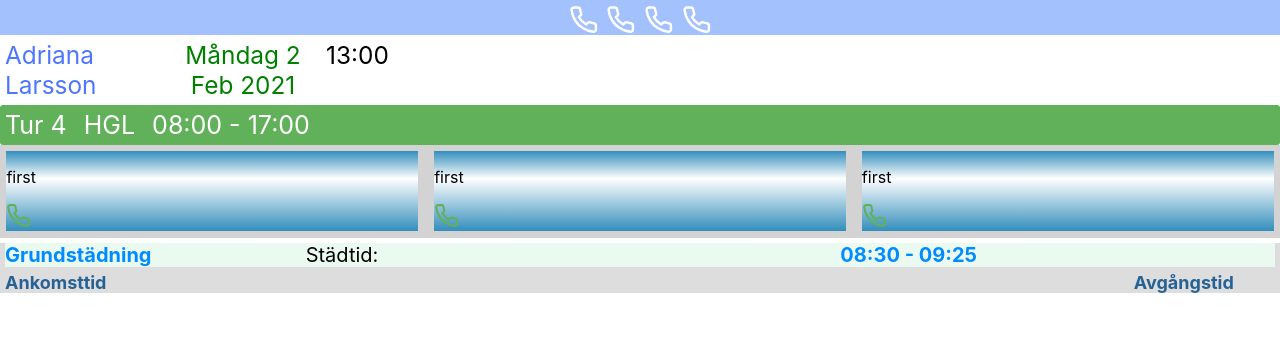
Repository: AdrianaLarsson/learning-react-adriana
Page: /
These files come from the project's save history. The page is drawn as it stood at one moment and after a run of saves; the edit follows.
The browser window is 1280 px wide. The pictures show the whole page.
The project was rebuilt for these pictures with package versions that can differ from the ones it lists, and the page was loaded fresh each time. Also part of the build but not shown: src/components/pixiLearn/pixi-learning.js, src/components/pixiLearn/reactTimline/timelinegant.js.

Above is the page before, as saved 2021-02-18 09:18:47.

After the next 4 saves:
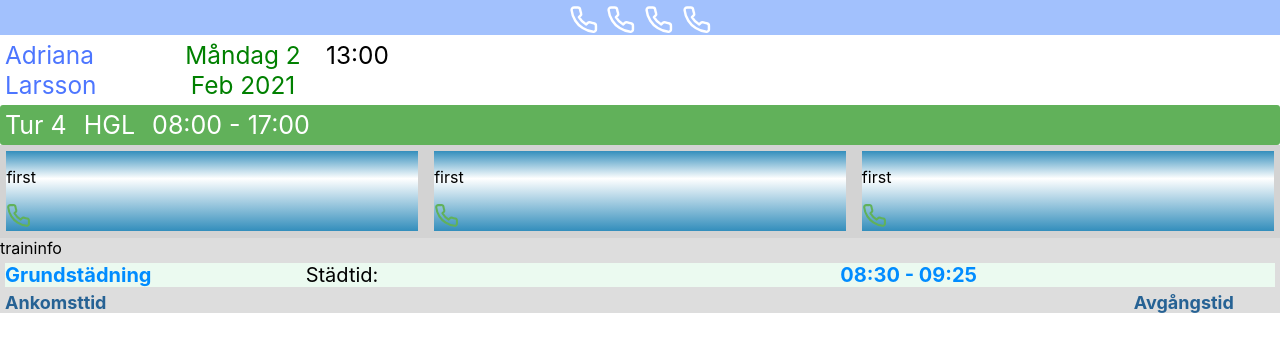
The 4 saves are shown as one change because they came seconds apart.
The last was saved 35 min 37 s later.
--- a/src/components/pixiLearn/waypoint-mobile/trainsinfo.js
+++ b/src/components/pixiLearn/waypoint-mobile/trainsinfo.js
@@ -8,7 +8,7 @@
 function trainsinfo() {
     return (
 
-<Container className="traininfo">
+<Container className="traininfo"> traininfo
   <Row className="activity">
     <Col className="activityname">Grundstädning </Col>
     <Col className="cleantime"> Städtid:</Col>

After the save that followed:
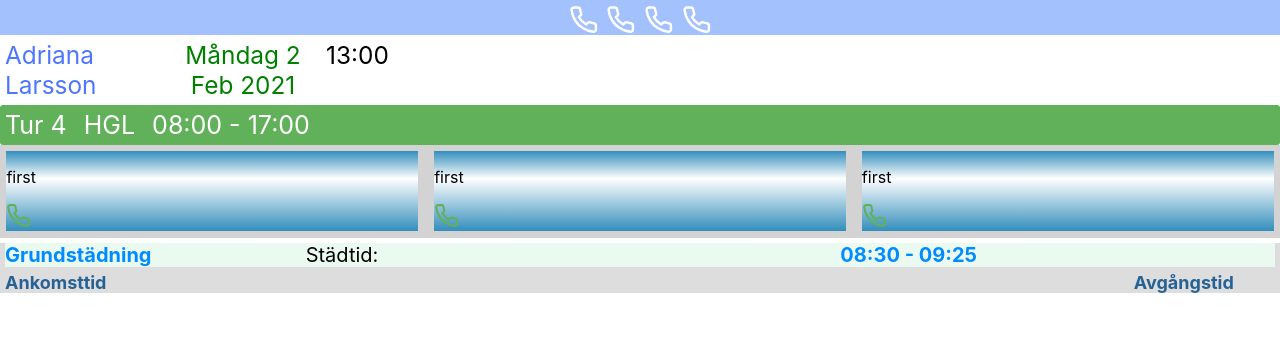
Saved 15 s later.
--- a/src/components/pixiLearn/waypoint-mobile/trainsinfo.js
+++ b/src/components/pixiLearn/waypoint-mobile/trainsinfo.js
@@ -8,7 +8,7 @@
 function trainsinfo() {
     return (
 
-<Container className="traininfo"> traininfo
+<Container className="traininfo">
   <Row className="activity">
     <Col className="activityname">Grundstädning </Col>
     <Col className="cleantime"> Städtid:</Col>
